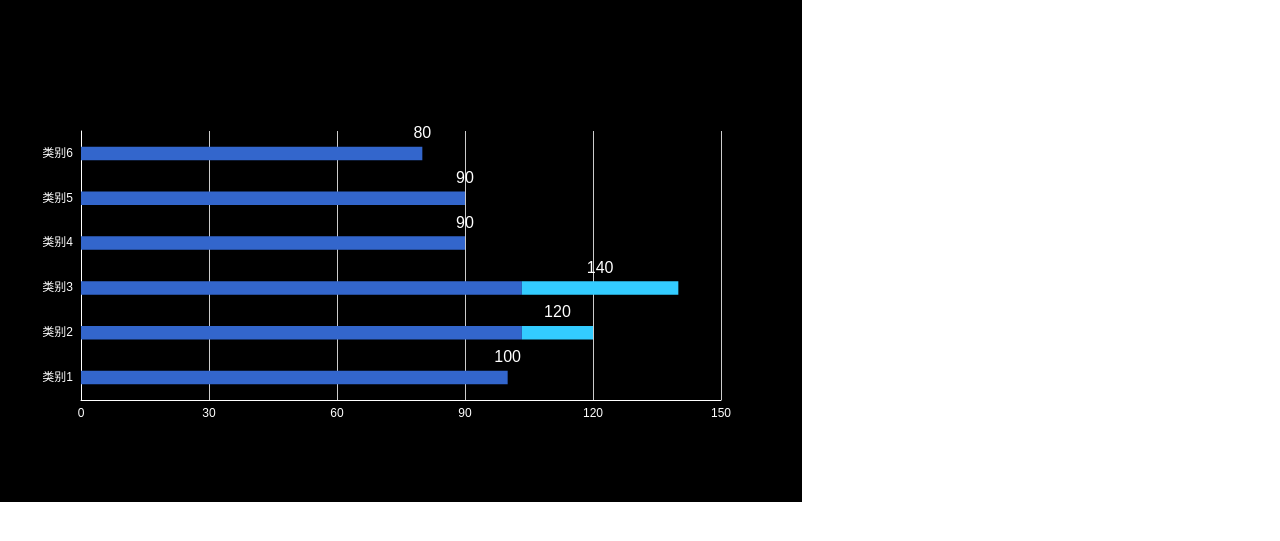
Repository: 572031690/echartproj
Page: /#/test
An editor plug-in stored every save of this project. The page is shown before and after the next save, followed by the edit.
The browser window is 1280 px wide. The pictures show the whole page.
The project was rebuilt for these pictures with package versions that can differ from the ones it lists, and the page was loaded fresh each time. Also part of the build but not shown: vue.config.js, src/components/Seller.vue, src/views/SellerPage.vue, src/utils/theme_utils.js, src/components/Trend.vue, src/views/TrendPage.vue, src/utils/map_utils.js, src/components/Map.vue and 9 more.

Above is the page before, as saved 2021-08-05 10:13:32.

### public/index.html
<!DOCTYPE html>
<html lang="en">
  <head>
    <meta charset="utf-8">
    <meta http-equiv="X-UA-Compatible" content="IE=edge">
    <meta name="viewport" content="width=device-width,initial-scale=1.0">
    <link rel="icon" href="<%= BASE_URL %>favicon.ico">
    <title><%= htmlWebpackPlugin.options.title %></title>
  </head>
  <body>
    <noscript>
      <strong>We're sorry but <%= htmlWebpackPlugin.options.title %> doesn't work properly without JavaScript enabled. Please enable it to continue.</strong>
    </noscript>
    <div id="app"></div>
    <!-- built files will be auto injected -->
    <!-- 一旦通过script标签引入的echarts.js的文件之后呢, window.echarts -->
    <script src="static/lib/echarts.min.js"></script>
    <!-- 引入主题的js文件 -->
    <script src="static/theme/chalk.js"></script>
    <script src="static/theme/vintage.js"></script>
  </body>
</html>

### src/main.js
import Vue from 'vue'
import App from './App.vue'
import router from './router'
import store from './store'
// 引入字体的文件
import './assets/font/iconfont.css'
// 引入全局的样式文件
import './assets/css/global.less'
import axios from 'axios'
import SocketService from './utils/socket_service'

// 调用socket **********
// import SocketService from '@/utils/socket_service'
// 对服务端进行webSocket连接 *********
// SocketService.Instance.connect()
// Vue.prototype.$socket = SocketService.Instance

// 请求基准路径的配置
axios.defaults.baseURL = 'http://127.0.0.1:8888/api/'
// 将axios挂载到Vue的原型对象上
// 在别的组件中 this.$http
Vue.prototype.$http = axios

// 将全局的echarts对象挂载到Vue的原型对象上
// 别的组件中 this.$echarts
Vue.prototype.$echarts = window.echarts

Vue.config.productionTip = false

new Vue({
  router,
  store,
  render: h => h(App)
}).$mount('#app')

### src/App.vue
<template>
  <div id="app">
    <!-- 路由占位符 -->
    <router-view></router-view>
  </div>
</template>

<style lang="less">

</style>

### src/router/index.js
import Vue from 'vue'
import VueRouter from 'vue-router'
import SellerPage from '@/views/SellerPage'
import TrendPage from '@/views/TrendPage'
import MapPage from '@/views/MapPage'
import RankPage from '@/views/RankPage'
import HotPage from '@/views/HotPage'
import StockPage from '@/views/StockPage'
import Test from '../components/Test.vue'
import ScreenPage from '@/views/ScreenPage'

Vue.use(VueRouter)

const routes = [
  {
    path: '/',
    redirect: '/screen'
  },
  {
    path: '/screen',
    component: ScreenPage
  },
  {
    path: '/sellerpage',
    component: SellerPage
  },
  {
    path: '/trendpage',
    component: TrendPage
  },
  {
    path: '/mappage',
    component: MapPage
  },
  {
    path: '/rankpage',
    component: RankPage
  },
  {
    path: '/hotpage',
    component: HotPage
  },
  {
    path: '/stockpage',
    component: StockPage
  },
  {
    path: '/test',
    component: Test
  }

]

const router = new VueRouter({
  routes
})

export default router

### src/store/index.js
import Vue from 'vue'
import Vuex from 'vuex'

Vue.use(Vuex)

export default new Vuex.Store({
  state: {
    theme: 'chalk'
  },
  mutations: {
    changeTheme (state) {
      if(state.theme === 'chalk'){
        state.theme = 'vintage'
      }else{
        state.theme = 'chalk'
      }
    }
  },
  actions: {
  },
  modules: {
  }
})

### src/assets/css/global.less
html, body, #app {
  width: 100%;
  height: 100%;
  padding: 0;
  margin: 0;
  overflow: hidden;
}

.com-page {
  width: 100%;
  height: 100%;
  overflow: hidden;
}

.com-container {
  width: 100%;
  height: 100%;
  overflow: hidden;
  position: relative;
}

.com-chart {
  width: 100%;
  height: 100%;
  overflow: hidden;
}

canvas {
  border-radius: 20px;
}

/*无法选中图片文字方法*/
span,div,img{
  user-select:none;
}

### src/utils/socket_service.js
export default class SocketService {
    // 单例的设计模式
    //如果别人通过get Instance 来的到我的实例对象 那我只会给他返回同一个实例对象
    static instance = null
    static get Instance() {
        if (!this.instance) {
            this.instance = new SocketService()
        }
        return this.instance
    }

    //和服务端连接的socket对象
    ws = null
    //存储回调函数
    callBackMapping = {}
    //定义连接服务器的方法
    connect() {
        //连接服务器
        if (!window.WebSocket) {
            return console.log('你的浏览器不支持WebSocket');
        }
        this.ws = new WebSocket('ws://localhost:9998')

        //连接服务端成功
        this.ws.onopen = () => {
            console.log('连接服务端成功');
        }
        //连接服务端失败
        this.ws.onclose = () => {
            console.log('连接服务端失败');
        }
        //得到服务端发送过来的数据
        this.ws.onmessage = msg => {
            console.log('从服务端获取数据');
            //得到的数据在msg的data里面
            // console.log(msg.data);
            const recvData = JSON.parse(msg.data)
            const socketType = recvData.socketType
            //判断回调函数是否存在
            if(this.callBackMapping[socketType]){
                const action = recvData.action
                if(action === 'getData') {
                    const realData = JSON.parse(recvData.data)
                    this.callBackMapping[socketType]
                }else if( action === 'fullScreen') {

                }else if(action === 'themeChange') {

                }
            }
        }
    }
    //回调函数的注册
    registerCallBack(socketType, callBack) {
        this.callBackMapping[socketType] = callBack
    }
    //取消某一个回调函数
    unRegisterCallBack(socketType) {
        this.callBackMapping[socketType] = null
    }

}

### src/components/Test.vue
<template>
  <div class="line-chart" ref="mybar">
    123
  </div>
</template>

<script>
export default {
  mounted() {
    this.getData();
    this.initChart();
  },
  data() {
    return {
      chartInstance: null,
      seriesData: [100, 120, 140, 90, 90, 80],
      barChart: {
        xAxisData: ["类别1", "类别2", "类别3", "类别4", "类别5", "类别6"],
        dataList: []
      }
    };
  },
  methods: {
    initChart() {
      const chartInstance = this.$echarts.init(this.$refs.mybar);
      const option = {
        grid: [
          {
            top: 130,
            bottom: 101
          }
        ],
        yAxis: [
          {
            type: "category",
            data: this.barChart.xAxisData,
            // gridIndex: 0, // x 轴所在的 grid 的索引，默认位于第一个 grid。
            axisLabel: {
              color: "#fff" // 刻度标签文字的颜色
            },
            axisLine: {
              // 设置轴线
              lineStyle: {
                color: "#fff"
              }
            },
            axisTick: {
              show: false // 是否显示坐标轴刻度。
            }
          }
        ],
        xAxis: [
          {
            type: "value",
            // gridIndex: 0,
            axisLabel: {
              // 刻度标签文字的颜色
              color: "#fff"
            },
            splitLine: {
              // x轴竖线
              lineStyle: {
                // color: "rgba(255, 255, 255, 45)"
              }
            },
            axisLine: {
              // 设置轴线
              show: true,
              // 设置轴线
              lineStyle: {
                color: "#fff"
              }
            },
            axisTick: {
              show: false // 是否显示坐标轴刻度。
            }
          }
        ],
        series: [
          {
            stack: "类1",
            barWidth: "30%", // 宽度
            itemStyle: {
              color: "#3366cc"
            },
            data: this.barChart.dataList[1],
            type: "bar"
          },
          {
            label: {
              show: true,
              position: "top",
              textStyle: {
                color: "#fff",
                fontSize: 16
              },
              formatter: arg => {
                console.log(arg);
                return this.seriesData[arg.dataIndex];
              }
            },
            stack: "类1",
            xAxisIndex: 0,
            barWidth: "30%", // 宽度
            itemStyle: {
              color: "#33ccff"
            },
            data: this.barChart.dataList[0],
            type: "bar"
          }
        ]
      };
      chartInstance.setOption(option);
    },
    getData() {
      let sum = 0;
      this.seriesData.forEach(item => (sum += item));
      const aver = sum / this.seriesData.length;
      // console.log(aver)
      this.barChart.dataList[0] = this.seriesData.map(item => {
        if (item > aver) return item - aver;
        else return 0;
      });
      this.barChart.dataList[1] = this.seriesData.map(item => {
        if (item > aver) return aver;
        else return item;
      });
      console.log(this.barChart.dataList);
    }
  }
};
</script>

<style>
.line-chart {
  width: 800px;
  height: 500px;
  border: 1px solid black;
  background: #000;
}
</style>

### public/static/theme/vintage.js
(function (root, factory) {
    if (typeof define === 'function' && define.amd) {
        // AMD. Register as an anonymous module.
        define(['exports', 'echarts'], factory);
    } else if (typeof exports === 'object' && typeof exports.nodeName !== 'string') {
        // CommonJS
        factory(exports, require('echarts'));
    } else {
        // Browser globals
        factory({}, root.echarts);
    }
}(this, function (exports, echarts) {
    var log = function (msg) {
        if (typeof console !== 'undefined') {
            console && console.error && console.error(msg);
        }
    };
    if (!echarts) {
        log('ECharts is not Loaded');
        return;
    }
    echarts.registerTheme('vintage', {
        "color": [
            '#0ba82c',
            '#2c6eff',
            '#16f2d9',
            '#fe211e',
            '#fa6900',
            "#eedd78",
            "#73a373",
            "#73b9bc",
            "#7289ab",
            "#91ca8c",
            "#f49f42"
        ],
        "backgroundColor": "#ffffff",
        "textStyle": {},
        "title": {
            "textStyle": {
                "color": "#333333"
            },
            "subtextStyle": {
                "color": "#aaa"
            }
        },
        "line": {
            "itemStyle": {
                "normal": {
                    "borderWidth": "4"
                }
            },
            "lineStyle": {
                "normal": {
                    "width": "3"
                }
            },
            "symbolSize": "0",
            "symbol": "circle",
            "smooth": true
        },
        "radar": {
            "itemStyle": {
                "normal": {
                    "borderWidth": 1
                }
            },
            "lineStyle": {
                "normal": {
                    "width": 2
                }
            },
            "symbolSize": 4,
            "symbol": "emptyCircle",
            "smooth": false
        },
        "bar": {
            "itemStyle": {
                "normal": {
                    "barBorderWidth": 0,
                    "barBorderColor": "#ccc"
                },
                "emphasis": {
                    "barBorderWidth": 0,
                    "barBorderColor": "#ccc"
                }
            }
        },
        "pie": {
            "itemStyle": {
                "normal": {
                    "borderWidth": 0,
                    "borderColor": "#ccc"
                },
                "emphasis": {
                    "borderWidth": 0,
                    "borderColor": "#ccc"
                }
            }
        },
        "scatter": {
            "itemStyle": {
                "normal": {
                    "borderWidth": 0,
                    "borderColor": "#ccc"
                },
                "emphasis": {
                    "borderWidth": 0,
                    "borderColor": "#ccc"
                }
            }
        },
        "boxplot": {
            "itemStyle": {
                "normal": {
                    "borderWidth": 0,
                    "borderColor": "#ccc"
                },
                "emphasis": {
                    "borderWidth": 0,
                    "borderColor": "#ccc"
                }
            }
        },
        "parallel": {
            "itemStyle": {
                "normal": {
                    "borderWidth": 0,
                    "borderColor": "#ccc"
                },
                "emphasis": {
                    "borderWidth": 0,
                    "borderColor": "#ccc"
                }
            }
        },
        "sankey": {
            "itemStyle": {
                "normal": {
                    "borderWidth": 0,
                    "borderColor": "#ccc"
                },
                "emphasis": {
                    "borderWidth": 0,
                    "borderColor": "#ccc"
                }
            }
        },
        "funnel": {
            "itemStyle": {
                "normal": {
                    "borderWidth": 0,
                    "borderColor": "#ccc"
                },
                "emphasis": {
                    "borderWidth": 0,
                    "borderColor": "#ccc"
                }
            }
        },
        "gauge": {
            "itemStyle": {
                "normal": {
                    "borderWidth": 0,
                    "borderColor": "#ccc"
                },
                "emphasis": {
                    "borderWidth": 0,
                    "borderColor": "#ccc"
                }
            }
        },
        "candlestick": {
            "itemStyle": {
                "normal": {
                    "color": "#c23531",
                    "color0": "#314656",
                    "borderColor": "#c23531",
                    "borderColor0": "#314656",
                    "borderWidth": 1
                }
            }
        },
        "graph": {
            "itemStyle": {
                "normal": {
                    "borderWidth": 0,
                    "borderColor": "#ccc"
                }
            },
            "lineStyle": {
                "normal": {
                    "width": 1,
                    "color": "#aaa"
                }
            },
            "symbolSize": 4,
            "symbol": "emptyCircle",
            "smooth": false,
            "color": [
                "#d87c7c",
                "#919e8b",
                "#d7ab82",
                "#6e7074",
                "#61a0a8",
                "#efa18d",
                "#787464",
                "#cc7e63",
                "#724e58",
                "#4b565b"
            ],
            "label": {
                "normal": {
                    "textStyle": {
                        "color": "#eee"
                    }
                }
            }
        },
        "map": {
            "itemStyle": {
                "normal": {
                    "areaColor": "#eeeeee",
                    "borderColor": "#444444",
                    "borderWidth": 0.5
                },
                "emphasis": {
                    "areaColor": "rgba(255,215,0,0.8)",
                    "borderColor": "#444444",
                    "borderWidth": 1
                }
            },
            "label": {
                "normal": {
                    "textStyle": {
                        "color": "#000000"
                    }
                },
                "emphasis": {
                    "textStyle": {
                        "color": "rgb(100,0,0)"
                    }
                }
            }
        },
        "geo": {
            "itemStyle": {
                "normal": {
                    "areaColor": "#eeeeee",
                    "borderColor": "#444444",
                    "borderWidth": 0.5
                },
                "emphasis": {
                    "areaColor": "rgba(255,215,0,0.8)",
                    "borderColor": "#444444",
                    "borderWidth": 1
                }
            },
            "label": {
                "normal": {
                    "textStyle": {
                        "color": "#000000"
                    }
                },
                "emphasis": {
                    "textStyle": {
                        "color": "rgb(100,0,0)"
                    }
                }
            }
        },
        "categoryAxis": {
            "axisLine": {
                "show": true,
                "lineStyle": {
                    "color": "#333"
                }
            },
            "axisTick": {
                "show": true,
                "lineStyle": {
                    "color": "#333"
                }
            },
            "axisLabel": {
                "show": true,
                "textStyle": {
                    "color": "#999"
                }
            },
            "splitLine": {
                "show": false,
                "lineStyle": {
                    "color": [
                        "#ccc"
                    ]
                }
            },
            "splitArea": {
                "show": false,
                "areaStyle": {
                    "color": [
                        "rgba(250,250,250,0.3)",
                        "rgba(200,200,200,0.3)"
                    ]
                }
            }
        },
        "valueAxis": {
            "axisLine": {
                "show": true,
                "lineStyle": {
                    "color": "#666666"
                }
            },
            "axisTick": {
                "show": false,
                "lineStyle": {
                    "color": "#333"
                }
            },
            "axisLabel": {
                "show": true,
                "textStyle": {
                    "color": "#aaaaaa"
                }
            },
            "splitLine": {
                "show": false,
                "lineStyle": {
                    "color": [
                        "#e6e6e6"
                    ]
                }
            },
            "splitArea": {
                "show": false,
                "areaStyle": {
                    "color": [
                        "rgba(250,250,250,0.05)",
                        "rgba(200,200,200,0.02)"
                    ]
                }
            }
        },
        "logAxis": {
            "axisLine": {
                "show": true,
                "lineStyle": {
                    "color": "#333"
                }
            },
            "axisTick": {
                "show": true,
                "lineStyle": {
                    "color": "#333"
                }
            },
            "axisLabel": {
                "show": true,
                "textStyle": {
                    "color": "#333"
                }
            },
            "splitLine": {
                "show": true,
                "lineStyle": {
                    "color": [
                        "#ccc"
                    ]
                }
            },
            "splitArea": {
                "show": false,
                "areaStyle": {
                    "color": [
                        "rgba(250,250,250,0.3)",
                        "rgba(200,200,200,0.3)"
                    ]
                }
            }
        },
        "timeAxis": {
            "axisLine": {
                "show": true,
                "lineStyle": {
                    "color": "#333"
                }
            },
            "axisTick": {
                "show": true,
                "lineStyle": {
                    "color": "#333"
                }
            },
            "axisLabel": {
                "show": true,
                "textStyle": {
                    "color": "#333"
                }
            },
            "splitLine": {
                "show": true,
                "lineStyle": {
                    "color": [
                        "#ccc"
                    ]
                }
            },
            "splitArea": {
                "show": false,
                "areaStyle": {
                    "color": [
                        "rgba(250,250,250,0.3)",
                        "rgba(200,200,200,0.3)"
                    ]
                }
            }
        },
        "toolbox": {
            "iconStyle": {
                "normal": {
                    "borderColor": "#999999"
                },
                "emphasis": {
                    "borderColor": "#666666"
                }
            }
        },
        "legend": {
            "textStyle": {
                "color": "#333333"
            }
        },
        "tooltip": {
            "axisPointer": {
                "lineStyle": {
                    "color": "#cccccc",
                    "width": 1
                },
                "crossStyle": {
                    "color": "#cccccc",
                    "width": 1
                }
            }
        },
        "timeline": {
            "lineStyle": {
                "color": "#293c55",
                "width": 1
            },
            "itemStyle": {
                "normal": {
                    "color": "#293c55",
                    "borderWidth": 1
                },
                "emphasis": {
                    "color": "#a9334c"
                }
            },
            "controlStyle": {
                "normal": {
                    "color": "#293c55",
                    "borderColor": "#293c55",
                    "borderWidth": 0.5
                },
                "emphasis": {
                    "color": "#293c55",
                    "borderColor": "#293c55",
                    "borderWidth": 0.5
                }
            },
            "checkpointStyle": {
                "color": "#e43c59",
                "borderColor": "rgba(194,53,49,0.5)"
            },
            "label": {
                "normal": {
                    "textStyle": {
                        "color": "#293c55"
                    }
                },
                "emphasis": {
                    "textStyle": {
                        "color": "#293c55"
                    }
                }
            }
        },
        "visualMap": {
            "color": [
                "#bf444c",
                "#d88273",
                "#f6efa6"
            ]
        },
        "dataZoom": {
            "backgroundColor": "rgba(47,69,84,0)",
            "dataBackgroundColor": "rgba(47,69,84,0.3)",
            "fillerColor": "rgba(167,183,204,0.4)",
            "handleColor": "#a7b7cc",
            "handleSize": "100%",
            "textStyle": {
                "color": "#333333"
            }
        },
        "markPoint": {
            "label": {
                "normal": {
                    "textStyle": {
                        "color": "#eee"
                    }
                },
                "emphasis": {
                    "textStyle": {
                        "color": "#eee"
                    }
                }
            }
        }
    });
}));

Loaded but not shown: src/assets/font/iconfont.css (common file); public/static/lib/echarts.min.js (library); public/static/theme/chalk.js (521 lines, source omitted)

After the next save:
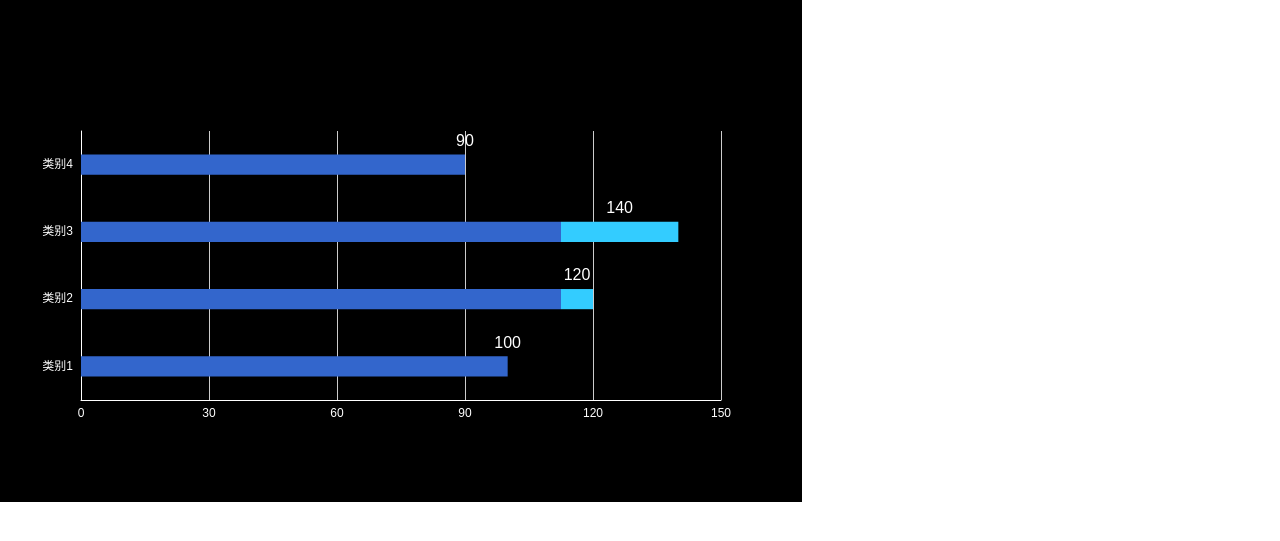
Saved 68 s later.
--- a/src/components/Test.vue
+++ b/src/components/Test.vue
@@ -13,9 +13,9 @@ export default {
   data() {
     return {
       chartInstance: null,
-      seriesData: [100, 120, 140, 90, 90, 80],
+      seriesData: [100, 120, 140, 90],
       barChart: {
-        xAxisData: ["类别1", "类别2", "类别3", "类别4", "类别5", "类别6"],
+        xAxisData: ["类别1", "类别2", "类别3", "类别4"],
         dataList: []
       }
     };
